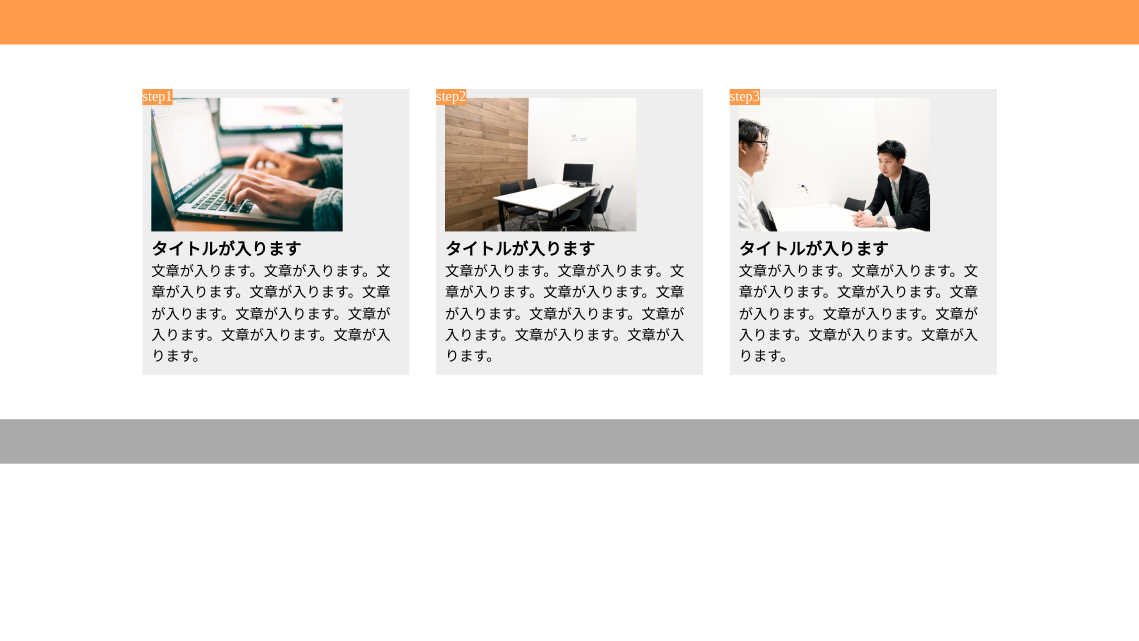
Repository: nashiworio1011/git-kadi1
Page: ennsyuu/chapter9.html
The author's editor kept a record of every edit. The page is drawn from the files as they stood at one moment, then again after the next edit.
The browser window is 1280 px wide. The pictures show the whole page, at 89% of full size.

Above is the page before.

### ennsyuu/chapter9.html
<!DOCTYPE html>
<html lang="ja">
  <head>
    <meta charset="UTF-8" >
    <link rel="stylesheet" href="chapter9.css" />
    <title>９章演習</title>
  </head>

  <body>
    <header></header>
    <main>
      <section class="stepbox">
        <div class="step-num">step1</div>
        <img class="step-img1" src="img/flow01.png">
        <h3>タイトルが入ります</h3>
       <p>文章が入ります。文章が入ります。文章が入ります。文章が入ります。文章が入ります。文章が入ります。文章が入ります。文章が入ります。文章が入ります。</p>
      </section>
      <section class="stepbox">
        <div class="step-num">step2</div>
        <img class="step-img2" src="img/flow02.png">
        <h3>タイトルが入ります</h3>
       <p>文章が入ります。文章が入ります。文章が入ります。文章が入ります。文章が入ります。文章が入ります。文章が入ります。文章が入ります。文章が入ります。</p>
      </section>
      <section class="stepbox">
        <div class="step-num">step3</div>
        <img class="step-img3" src="img/flow03.png">
        <h3>タイトルが入ります</h3>
       <p>文章が入ります。文章が入ります。文章が入ります。文章が入ります。文章が入ります。文章が入ります。文章が入ります。文章が入ります。文章が入ります。</p>
      </section>
    </main>
    <footer></footer>
  </body>
 </html>

### ennsyuu/chapter9.css
* {
  margin: 0;
  padding: 0;
  box-sizing: border-box;
}

header {
  height: 50px;
  background-color: #ff9a4b;
}

main {
  width: 960px;
  margin: 50px auto;
  display: flex;
}

.stepbox {
  width: 300px;
  margin-right: 30px;
  padding: 10px;
  position: relative;
  background-color: #eee;
}

.stepbox:last-child {
  margin-right: 0;
}

.step-img1 {
  height: 150px;
  background-image: url(img/flow01.png);
  background-position: bottom;
  background-size: cover;
}

.step-img2 {
  height: 150px;
  background-image: url(img/flow02.png);
  background-position: bottom;
  background-size: cover;
}

.step-img3 {
  height: 150px;
  background-image: url(img/flow03.png);
  background-position: bottom;
  background-size: cover;
}

.step-num {
  position: absolute;
  top: 0;
  left: 0;
  background-color: #ff9a4b;
  color: #fff;
}

.title {
  margin: 15px 0 5px;
}

footer {
  height: 50px;
  background-color: #aaa;
}

@media screen and (max-width: 768px) {
  header {
    width: 100%;
  }

  main {
    width: 90%;
    margin-top: 50px;
    display: block;
  }

  .stepbox {
   width: 100%;
   margin-bottom: 20px;
   padding: 10px;
   position: relative;
  }

  footer {
    width: 100%;
  }
}

After the next edit:
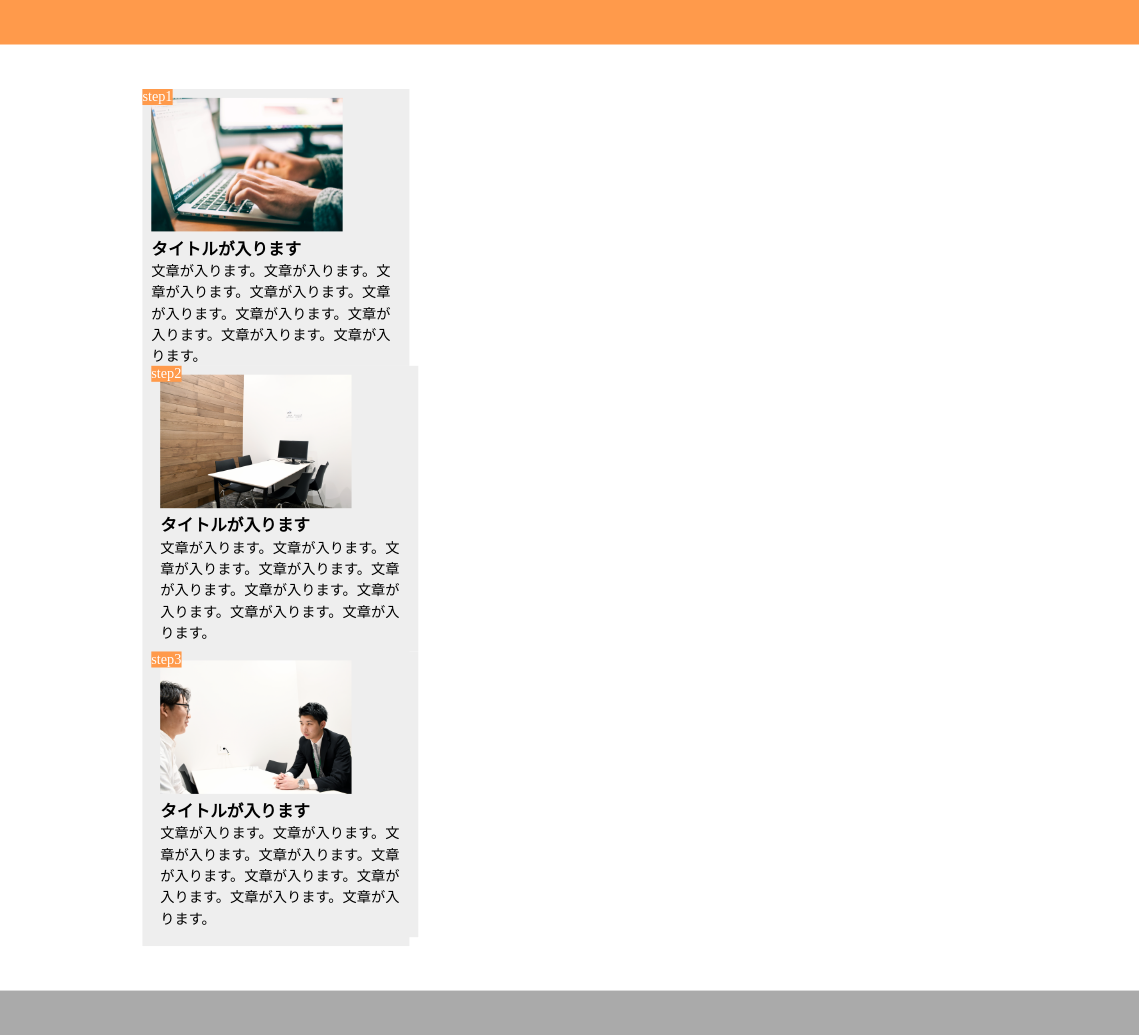
The edit:
--- a/ennsyuu/chapter9.html
+++ b/ennsyuu/chapter9.html
@@ -9,7 +9,7 @@
   <body>
     <header></header>
     <main>
-      <section class="stepbox">
+      <div class="stepbox">
         <div class="step-num">step1</div>
         <img class="step-img1" src="img/flow01.png">
         <h3>タイトルが入ります</h3>

After the edit that followed:
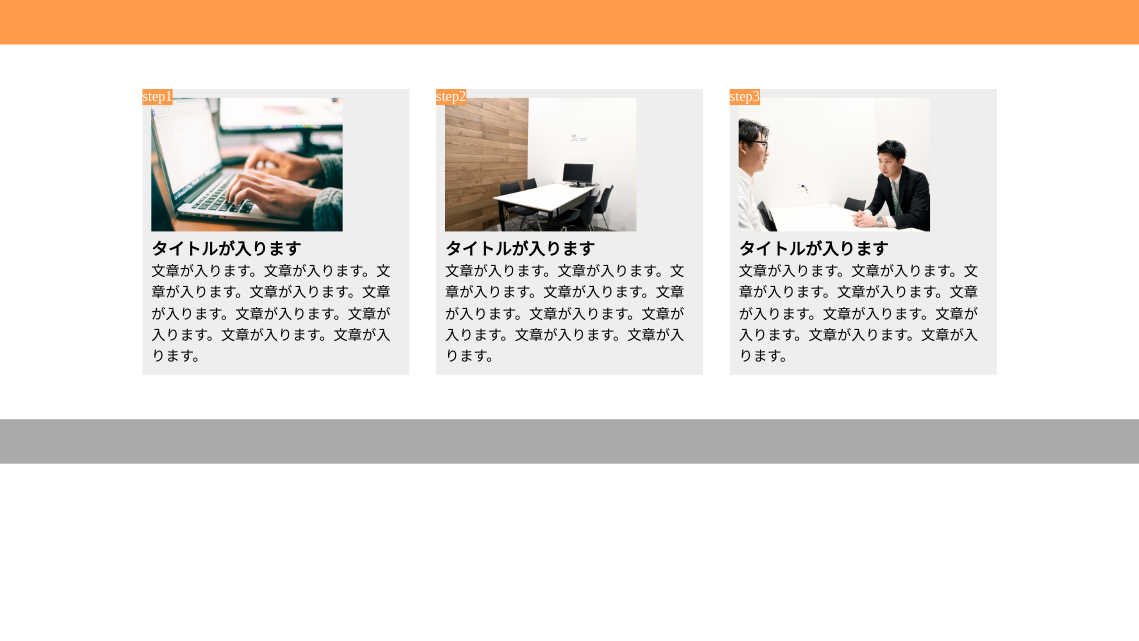
The edit:
--- a/ennsyuu/chapter9.html
+++ b/ennsyuu/chapter9.html
@@ -14,7 +14,7 @@
         <img class="step-img1" src="img/flow01.png">
         <h3>タイトルが入ります</h3>
        <p>文章が入ります。文章が入ります。文章が入ります。文章が入ります。文章が入ります。文章が入ります。文章が入ります。文章が入ります。文章が入ります。</p>
-      </section>
+      </div>
       <section class="stepbox">
         <div class="step-num">step2</div>
         <img class="step-img2" src="img/flow02.png">
